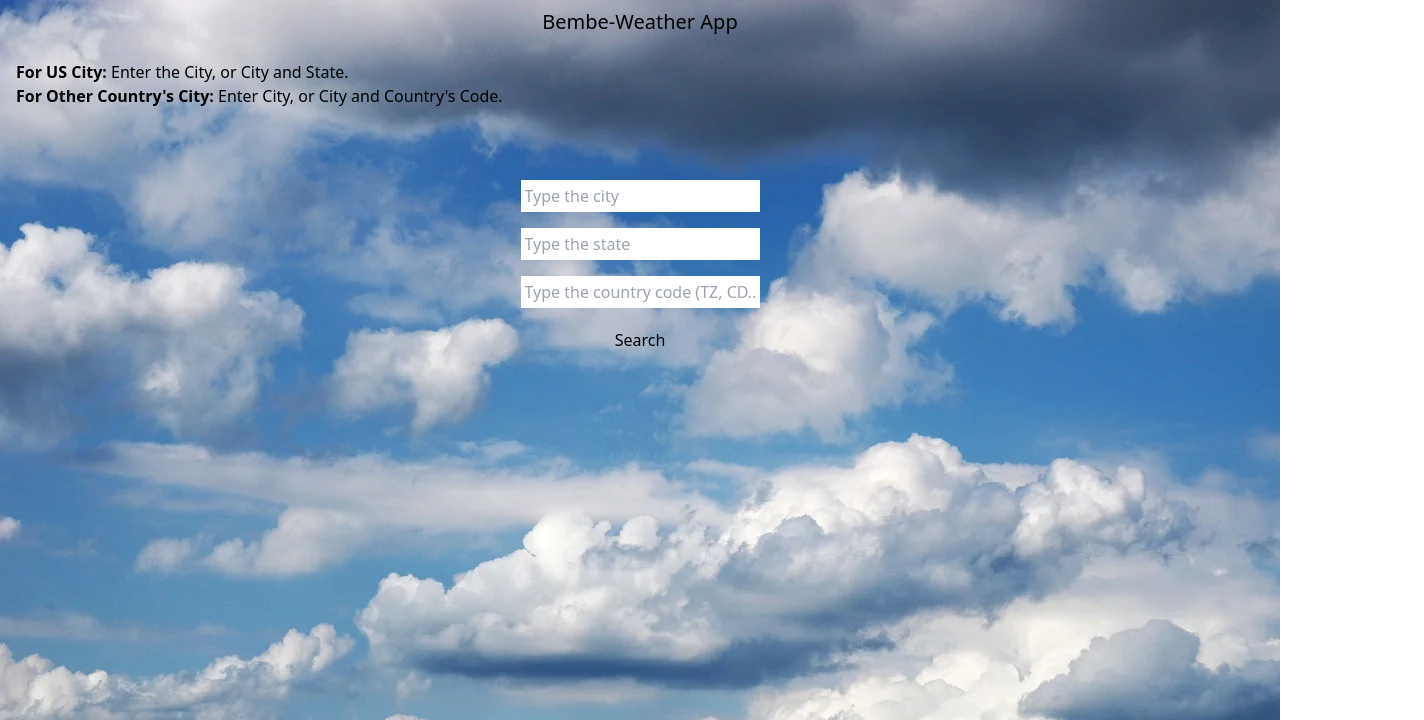
Repository: ShindanoSingi/bembe-weather
Page: /
An editor plug-in stored every save of this project. The page is shown before and after the next save, followed by the edit.
The browser window is 1280 px wide. The page is 1280 px wide, then 1424 px, so the pictures cover 1424 px, including what lies to the right of the window. The pictures show the whole page.
The page's requests for data from a server got no answer. The project was rebuilt for these pictures with package versions that can differ from the ones it lists, and the page was loaded fresh each time. No one was signed in, and anything a server would have sent is missing.

Above is the page before, as saved 2022-09-14 03:17:50.

### public/index.html
<!DOCTYPE html>
<html lang="en">

<head>
  <meta charset="utf-8" />
  <link rel="icon" href="%PUBLIC_URL%/favicon.ico" />
  <meta name="viewport" content="width=device-width, initial-scale=1" />
  <meta name="theme-color" content="#000000" />
  <meta name="description" content="Web site created using create-react-app" />
  <link rel="apple-touch-icon" href="%PUBLIC_URL%/logo192.png" />
  <!--
      manifest.json provides metadata used when your web app is installed on a
      user's mobile device or desktop. See https://developers.google.com/web/fundamentals/web-app-manifest/
    -->
  <link rel="manifest" href="%PUBLIC_URL%/manifest.json" />
  <!--
      Notice the use of %PUBLIC_URL% in the tags above.
      It will be replaced with the URL of the `public` folder during the build.
      Only files inside the `public` folder can be referenced from the HTML.

      Unlike "/favicon.ico" or "favicon.ico", "%PUBLIC_URL%/favicon.ico" will
      work correctly both with client-side routing and a non-root public URL.
      Learn how to configure a non-root public URL by running `npm run build`.
    -->
  <title>React Weather</title>
</head>

<body>
  <noscript>You need to enable JavaScript to run this app.</noscript>
  <div id="root"></div>
  <!--
      This HTML file is a template.
      If you open it directly in the browser, you will see an empty page.

      You can add webfonts, meta tags, or analytics to this file.
      The build step will place the bundled scripts into the <body> tag.

      To begin the development, run `npm start` or `yarn start`.
      To create a production bundle, use `npm run build` or `yarn build`.
    -->
</body>

</html>

### src/components/SearchForm.js
import React from "react";

const SearchForm = ({
  city,
  state,
  country,
  handleSubmit,
  handleChangeCity,
  handleChangeState,
  handleChangeCountry,
}) => {
  return (
    <div >
      <form className="form-container" onSubmit={handleSubmit} d-flex>
        <div className="flex flex-col items-center gap-4 form-container">
          <div className="flex flex-col gap-4">
          <input
          className="p-1 cityInput"
          placeholder="Type the city"
          type="text"
          name="SearchString"
          onChange={handleChangeCity}
          value={city}
          required
        />

        {/* Country input */}
        <input
          className="p-1 countryInput"
          placeholder="Type the state"
          type="text"
          name="SearchString"
          onChange={handleChangeState}
          value={state}
        />

        {/* Country input */}
        <input
          className="p-1 countryInput"
          placeholder="Type the country code (TZ, CD...)"
          type="text"
          name="SearchString"
          onChange={handleChangeCountry}
          value={country}
        />
          </div>
          <button className="w-24 p-1 submitButton" type="submit">
          Search
        </button>
        </div>

        {/* City Input */}



      </form>
    </div>
  );
};

export default SearchForm;

Loaded but not shown: src/index.js (common file); src/index.css (common file); tailwind.config.js (common file); src/components/weatherPage.js (255 lines, source omitted); src/App.js (116 lines, source omitted); src/App.css (1402 lines, source omitted)

After the next save:
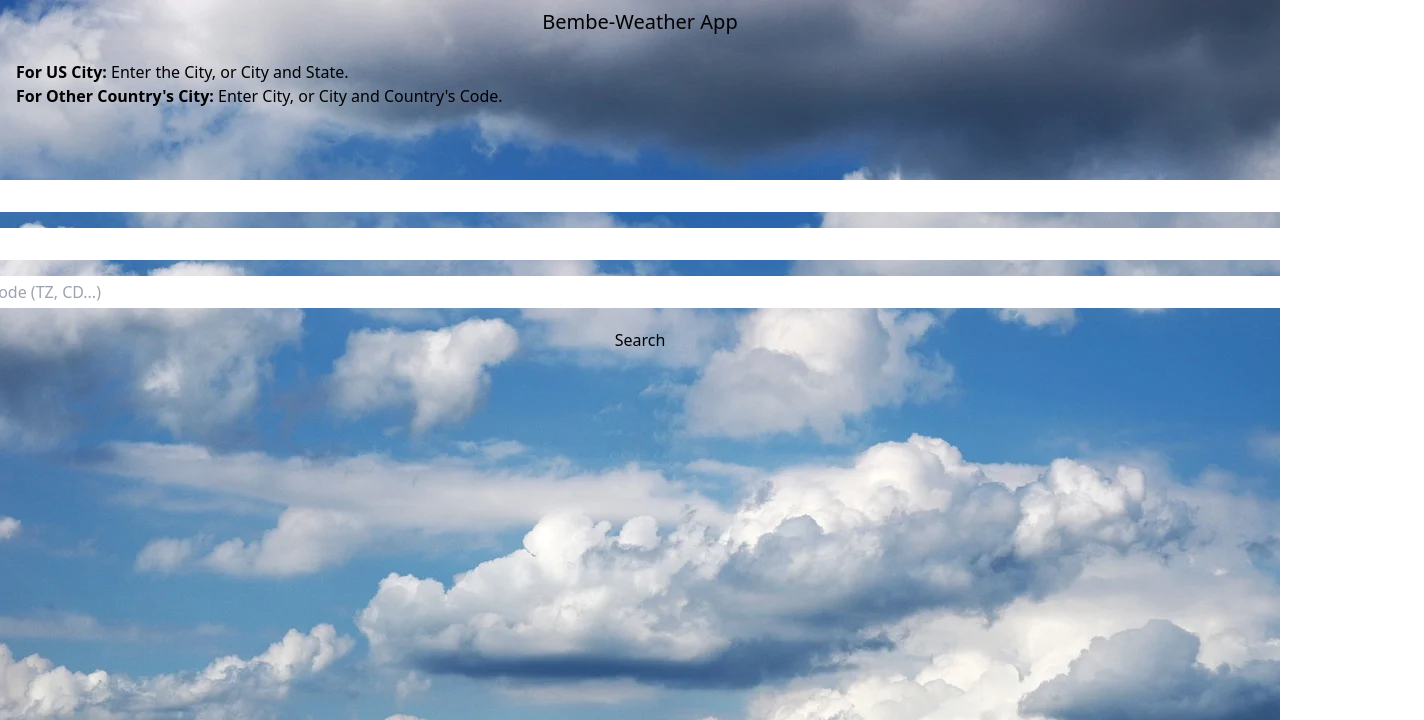
Saved 15 s later.
--- a/src/components/SearchForm.js
+++ b/src/components/SearchForm.js
@@ -15,7 +15,7 @@
         <div className="flex flex-col items-center gap-4 form-container">
           <div className="flex flex-col gap-4">
           <input
-          className="p-1 cityInput"
+          className="p-1 w-[98rem] cityInput"
           placeholder="Type the city"
           type="text"
           name="SearchString"
